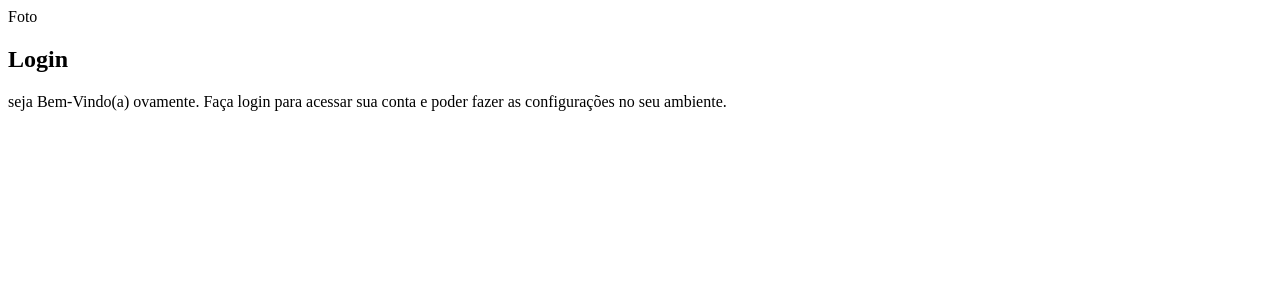
Repository: Guillermomarcon/Projeto-Login
Page: index.html
The author's editor kept a copy of each file at every save. The page is drawn from the files as they stood at one save, then again after the next save.
The browser window is 1280 px wide. The pictures show the whole page.

Above is the page before, as saved 2022-09-03 13:53:14.

### index.html
<!DOCTYPE html>
<html lang="pt-br">
<head>
    <meta charset="UTF-8">
    <meta http-equiv="X-UA-Compatible" content="IE=edge">
    <meta name="viewport" content="width=device-width, initial-scale=1.0">
    <title>Login</title>
    <link rel="stylesheet" href="estilos/style.css">
</head>
<body>
    <main>
        <section id="login">
            <div id="imagem">
                Foto
            </div>

            <div id="formulario">
                <h1>Login</h1>
                <p>
                    seja Bem-Vindo(a) ovamente. Faça login para acessar sua conta e poder fazer as configurações no seu ambiente.
                </p>
            </div>
        </section>
    </main>

</body>
</html>

### estilos/style.css
@charset "utf-8"


/*
Paleta de cores
verde #49a09d
lilas #5f2c82
*/

After the next save:
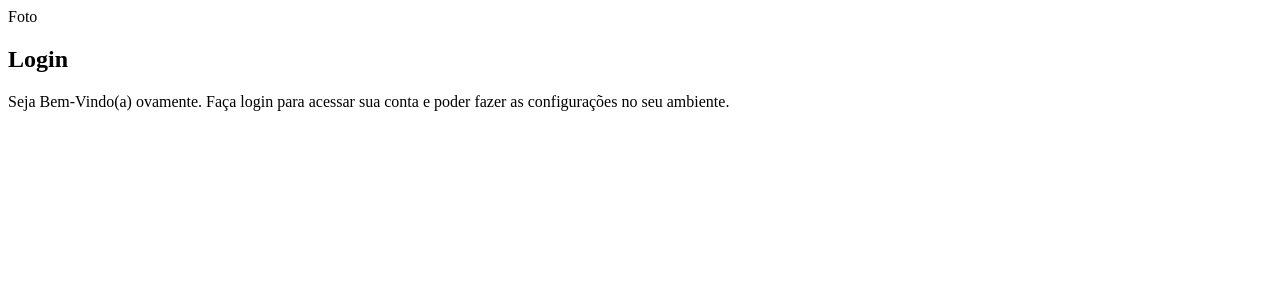
Saved 9 s later.
--- a/index.html
+++ b/index.html
@@ -17,7 +17,7 @@
             <div id="formulario">
                 <h1>Login</h1>
                 <p>
-                    seja Bem-Vindo(a) ovamente. Faça login para acessar sua conta e poder fazer as configurações no seu ambiente.
+                    Seja Bem-Vindo(a) ovamente. Faça login para acessar sua conta e poder fazer as configurações no seu ambiente.
                 </p>
             </div>
         </section>
